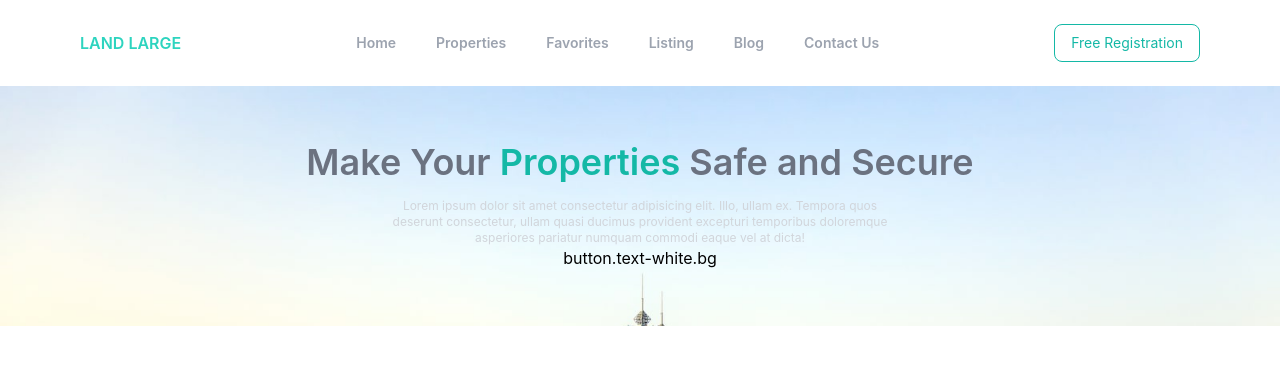
Repository: MuniruIssah/realestate
Page: /
The author's editor kept a copy of each file at every save. The page is drawn from the files as they stood at one save, then again after the next save.
The browser window is 1280 px wide. The pictures show the whole page.
The project was rebuilt for these pictures with package versions that can differ from the ones it lists, and the page was loaded fresh each time. Also part of the build but not shown: src/App.css.

Above is the page before, as saved 2022-02-19 22:02:45.

### src/App.js
import logo from './logo.svg';
import './App.css';
import Header from './components/Header';
import Jumbotron from './components/Jumbotron';

function App() {
  return (
    <div className="h-screen">
      <Header/>
      <Jumbotron/>

    </div>
  );
}

export default App;

### src/components/Header.js
import React from "react";
const links = [
  "Home",
  "Properties",
  "Favorites",
  "Listing",
  "Blog",
  "Contact Us",
];
const Header = () => {
  return (
    <div className="flex justify-between items-center px-3 lg:px-20 py-6">
      <span className="uppercase text-teal-400  font-semibold">land large</span>
      <div className="hidden lg:flex space-x-10 items-center">
        {links.map((link, index) => (
          <LinkItem key={index} name={link} />
        ))}
      </div>
      <button className="text-teal-500 border border-teal-500 rounded rounded-lg py-2 px-4 text-sm">
          Free Registration
      </button>
    </div>
  );
};

export default Header;

const LinkItem = ({ name }) => {
  return (
    <a href="#" className="text-gray-400 hover:text-teal-500 font-semibold text-sm">
      {name}
    </a>
  );
};

### src/components/Jumbotron.js
import React from "react";
import building from "../assets/building_cloud.jpg";
const Jumbotron = () => {
  return (
    <div
      style={{ backgroundImage: `url(${building})` }}
      className="h-1/3 flex flex-col justify-center items-center space-y-4 w-full  bg-no-repeat bg-cover"
    >
      <span className="lg:text-4xl text-gray-500 text-center font-semibold">
        Make Your <span className="text-teal-500">Properties</span> Safe and
        Secure
      </span>
      <p className="text-gray-300 text-xs text-center max-w-lg">
        Lorem ipsum dolor sit amet consectetur adipisicing elit. Illo, ullam ex.
        Tempora quos deserunt consectetur, ullam quasi ducimus provident
        excepturi temporibus doloremque asperiores pariatur numquam commodi
        eaque vel at dicta!
      </p>
      button.text-white.bg
    </div>
  );
};

export default Jumbotron;

Loaded but not shown: public/index.html (common file); src/index.js (common file); src/index.css (common file); src/reportWebVitals.js (common file); tailwind.config.js (common file)

After the next save:
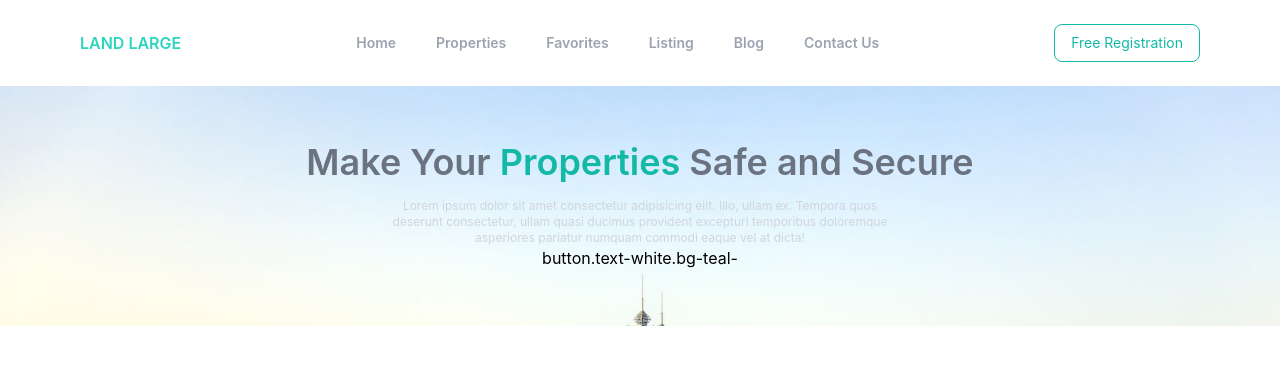
Saved 4 s later.
--- a/src/components/Jumbotron.js
+++ b/src/components/Jumbotron.js
@@ -16,7 +16,7 @@ const Jumbotron = () => {
         excepturi temporibus doloremque asperiores pariatur numquam commodi
         eaque vel at dicta!
       </p>
-      button.text-white.bg
+      button.text-white.bg-teal-
     </div>
   );
 };
